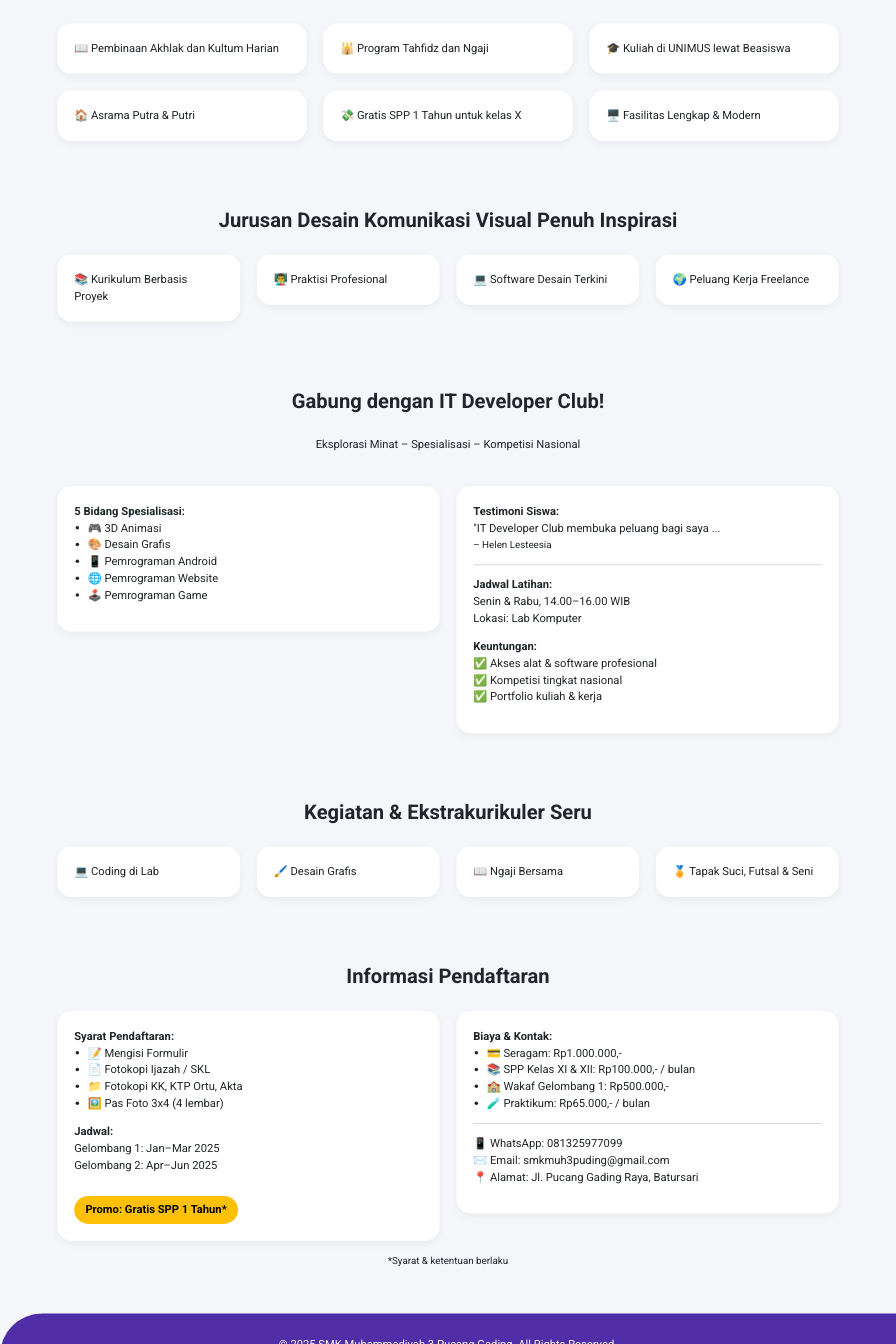
Repository: ppdbsmkmutipuga/ppdbsmkmutipuga.github.io
Page: index.html
These files come from the project's save history. The page is drawn as it stood at one moment and after the next save; the edit follows.
The browser window is 1280 px wide. The pictures show the part of the page from y = 1208 to 3128 px (the page is 3173 px tall before and 3695 px after), at 70% of full size.

Above is the page before, as saved 2025-06-29 03:07:23.
Not found: main.js

After the next save:
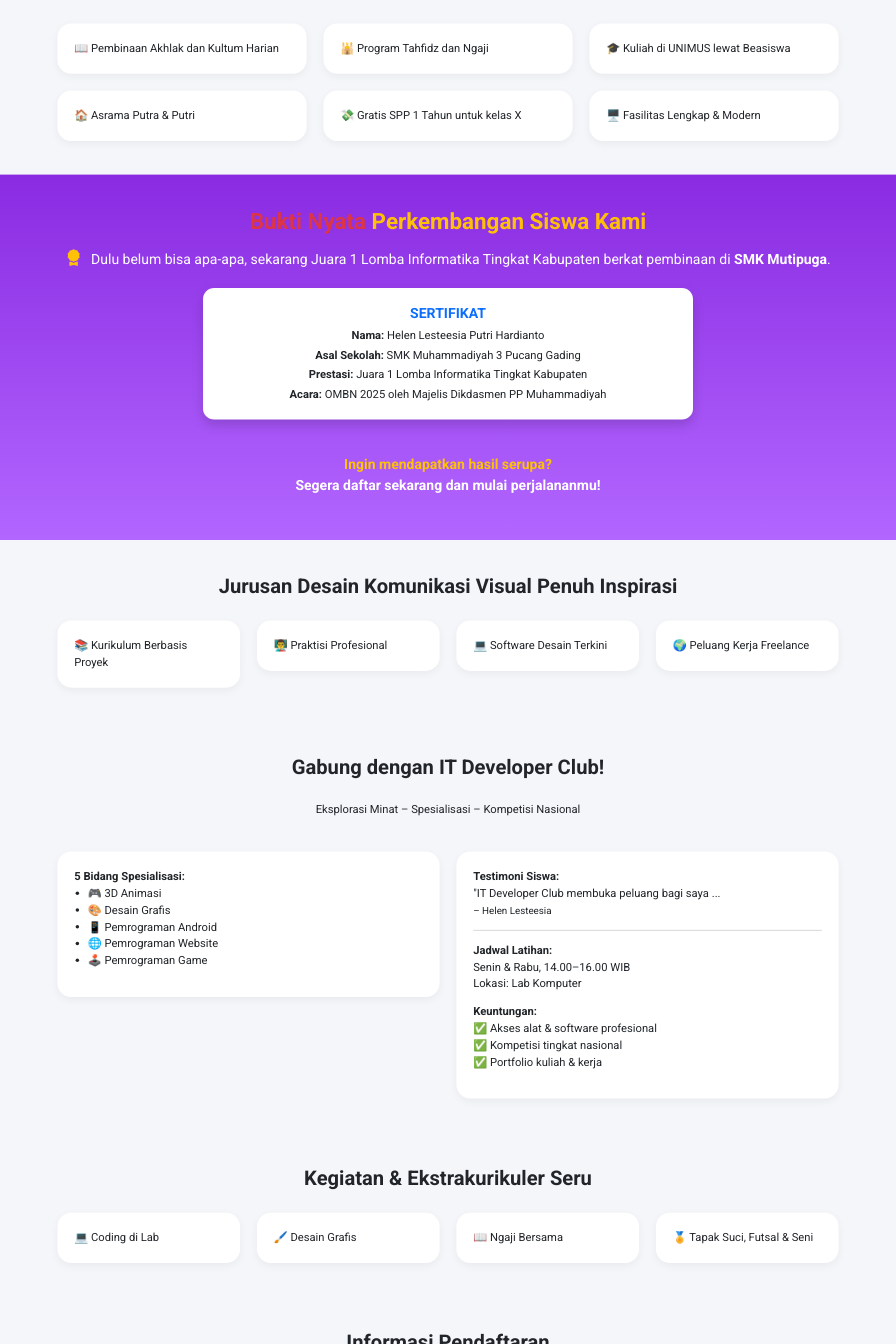
Saved 2 min 12 s later.
--- a/index.html
+++ b/index.html
@@ -112,6 +112,32 @@
             </div>
         </div>
     </section>
+    <section class="py-5" style="background: linear-gradient(180deg, #8a2be2, #b266ff); color: white;">
+        <div class="container text-center">
+            <h2 class="fw-bold mb-3">
+                <span class="text-danger">Bukti Nyata</span> <span class="text-warning">Perkembangan Siswa Kami</span>
+            </h2>
+
+            <p class="fs-5 mb-4">
+                <i class="bi bi-award-fill text-warning me-2 fs-4"></i>
+                Dulu belum bisa apa-apa, sekarang Juara 1 Lomba Informatika Tingkat Kabupaten berkat pembinaan di
+                <strong>SMK Mutipuga</strong>.
+            </p>
+
+            <div class="bg-white text-dark rounded-4 shadow p-4 mx-auto" style="max-width: 700px;">
+                <h5 class="fw-bold text-primary">SERTIFIKAT</h5>
+                <p class="mb-1"><strong>Nama:</strong> Helen Lesteesia Putri Hardianto</p>
+                <p class="mb-1"><strong>Asal Sekolah:</strong> SMK Muhammadiyah 3 Pucang Gading</p>
+                <p class="mb-1"><strong>Prestasi:</strong> Juara 1 Lomba Informatika Tingkat Kabupaten</p>
+                <p class="mb-0"><strong>Acara:</strong> OMBN 2025 oleh Majelis Dikdasmen PP Muhammadiyah</p>
+            </div>
+
+            <p class="fs-5 mt-5 fw-semibold text-warning">
+                Ingin mendapatkan hasil serupa?<br>
+                <span class="text-white">Segera daftar sekarang dan mulai perjalananmu!</span>
+            </p>
+        </div>
+    </section>
 
     <section class="container py-5">
         <h2 class="section-title">Jurusan Desain Komunikasi Visual Penuh Inspirasi</h2>
